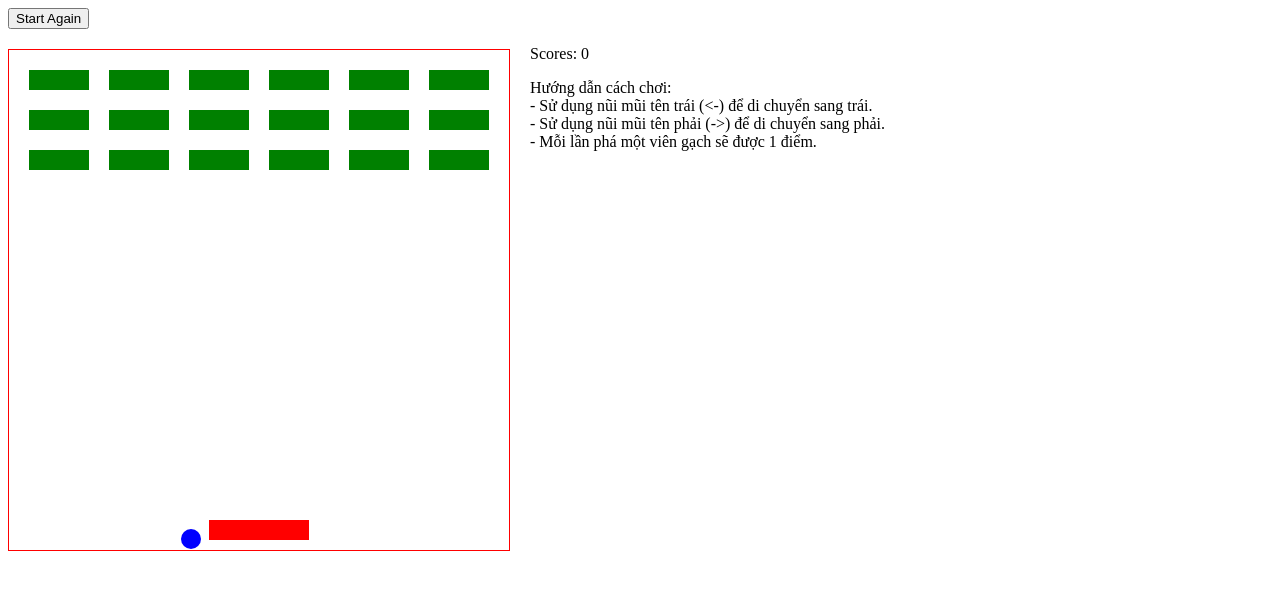
Repository: huynhsang96/CaseJS
Page: Demo_case/index.html
The author's editor kept a copy of each file at every save. The page is drawn from the files as they stood at one save, then again after the next save.
The browser window is 1280 px wide. The pictures show the whole page.

Above is the page before, as saved 2022-02-20 21:58:37.

After the next save:
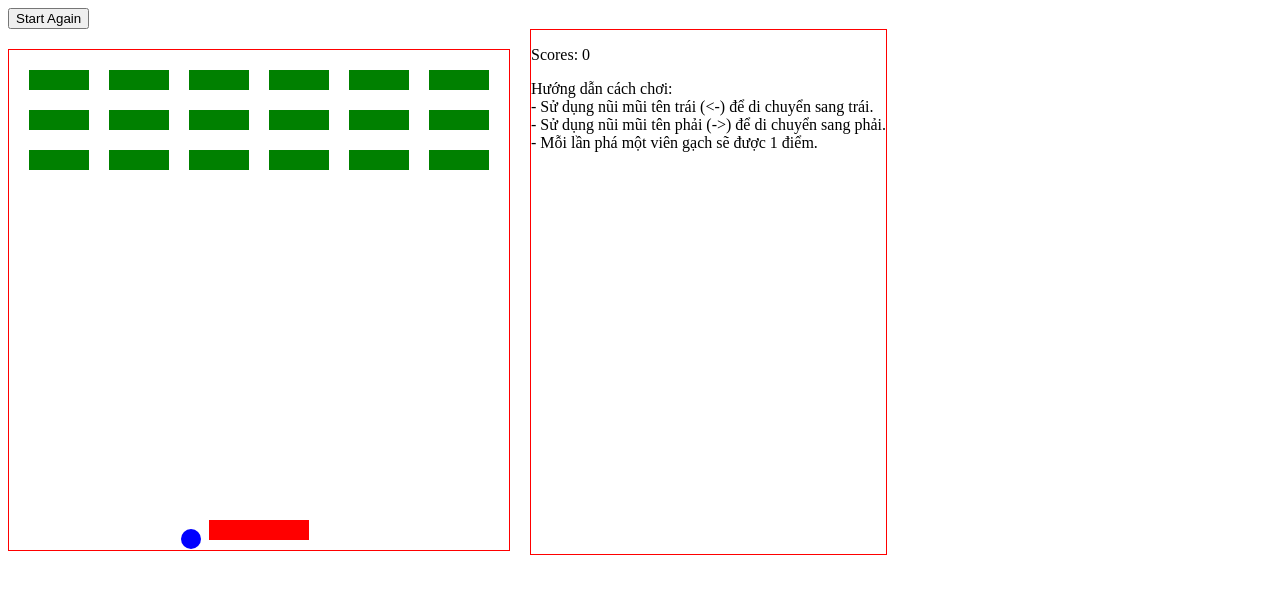
Saved 16 h 19 min later.
--- a/Demo_case/index.html
+++ b/Demo_case/index.html
@@ -20,6 +20,7 @@
 
         .container-des{
             margin-left: 20px;
+            border: solid 1px red;
         }
     </style>
 </head>
